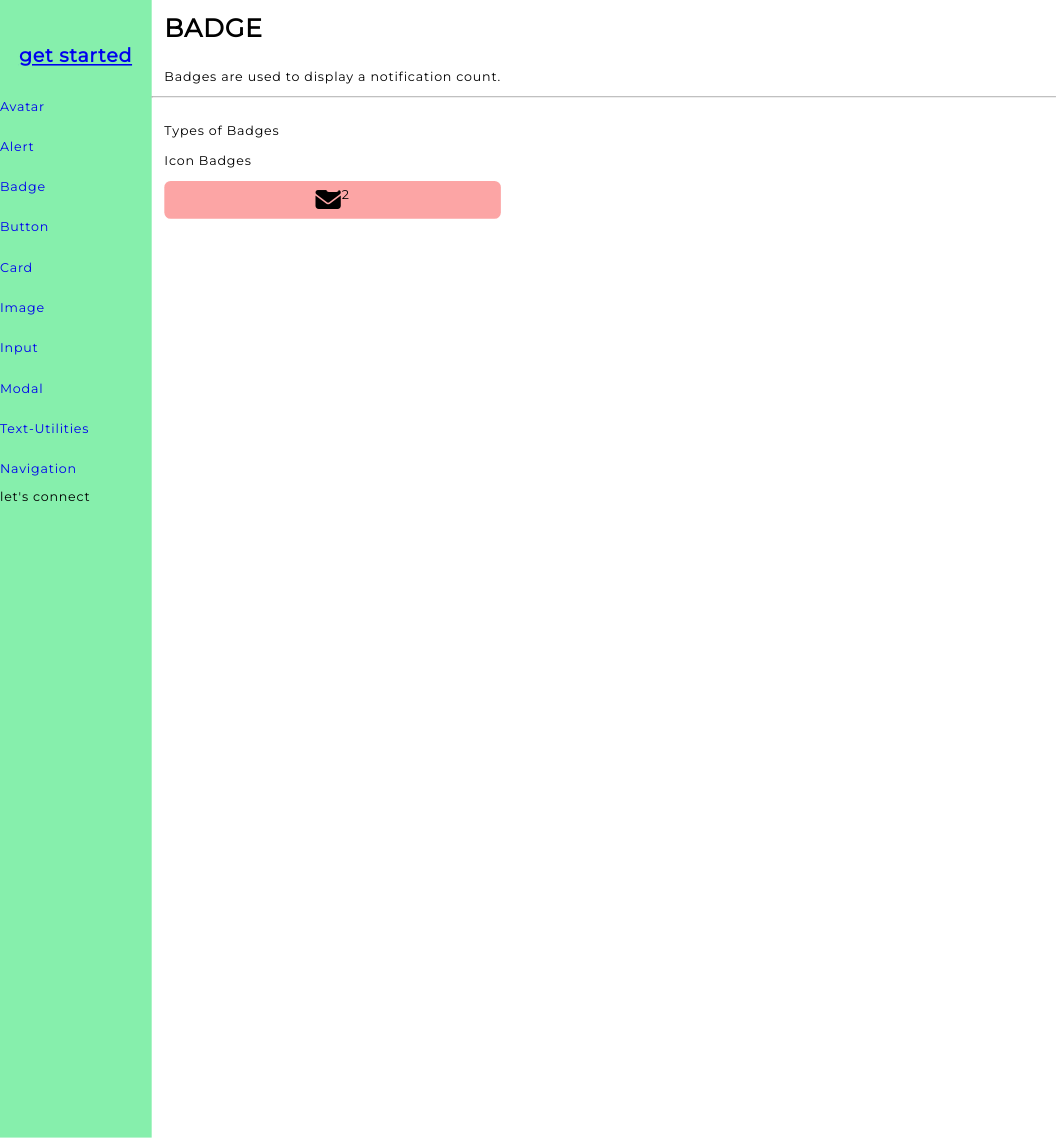
Repository: Anasooya2601/Components_UI
Page: components/Badge/Badge.html
The author's editor kept a copy of each file at every save. The page is drawn from the files as they stood at one save, then again after the next save.
The browser window is 1280 px wide. The page is 1337 px wide, so the pictures cover 1337 px, including what lies to the right of the window. The pictures show the whole page, at 79% of full size.
Some web libraries are served in a nearby version.

Above is the page before, as saved 2022-02-12 13:34:49.
Not found: components/
Not found: components/Avatar/index.css

### components/Badge/Badge.html
<!DOCTYPE html>
<html lang="en">
<head>
    <meta charset="UTF-8">
    <meta http-equiv="X-UA-Compatible" content="IE=edge">
    <meta name="viewport" content="width=device-width, initial-scale=1.0">
    <title>BADGE</title>
    <link rel="stylesheet" href="/main/main.css">
    <link rel="stylesheet" href="../comp.css">
    <link rel="stylesheet" href="https://cdnjs.cloudflare.com/ajax/libs/font-awesome/4.7.0/css/font-awesome.min.css">
    <script src="https://kit.fontawesome.com/e70e2d0aa4.js" crossorigin="anonymous"></script>
</head>
<body><!-- main -->
    <div class="main-container">
        <div class="navbar-wrapper">

            <div class="nav">
                <div class="navbar-header">
                <div class="logo">
                    <a href="/index.html"></a>
                 </div>
                </div>
            </div>

        <!-- topics -->
        <a href="/main/main.html" class="text">get started</a>
        <div class="navbar-main">
            <a href="/components/Avatar/index.html">Avatar</a>
            <a href="/components/Alert/alert.html">Alert</a>
            <a href="/components/Badge/badge.html">Badge</a>
            <a href="/components/Button/button.html">Button</a>
             <a href="/components/Card/card.html">Card</a>
             <a href="/components/Image/image.html">Image</a>
             <a href="/components/Input/input.html">Input</a>
            <a href="/components/Modal/modal">Modal</a>
            <a href="/components//TextUtilities/textutilities">Text-Utilities</a>
            <a href="/components/Navigation/navigation">Navigation</a>
        </div>
        <!-- footer -->
        <div class="footer">
            <div class="footer-text">
                <p>let's connect</p>
            </div>
        </div>
        </div>

  <!-- Badge component -->
    <div class="header">
        <div class="section-header">
            <div>
                <h1 class="text-header">BADGE</h1>
                    <p class="para">
                     Badges are used to display a notification count.
                    </p>
              <hr>

            </div>
        </div>
        <div class="section-main">

<div class="section-info">Types of Badges

<div class="badge-main">
    <br>
    <p>Icon Badges</p>
    <div class="badge-container">
        <div class="badge">

            <i class="fas fa-envelope fa-2x"></i>
            <div class="env notification"></div>
            <span>2</span>
        </div>
    </div>




            </div>
        </div>
    </div>
    <div class="code">


    </div>
</div>
</body>
</html>

### main/main.css
@import url('https://fonts.googleapis.com/css2?family=Montserrat&display=swap');
*{
    margin: 0;
    padding: 0;
    box-sizing: border-box;
}

body{
    letter-spacing: 1px;
}

/* color variable */
:root{
    font-family: 'Montserrat', sans-serif;
    font-weight: 400;
    --main:#fca5a5;
    --green:#86efac;
    --red:#f87171;
    --blue:
}

/* logo */
.logo{
    display: flex;
    justify-content: center;
}

.logo a{
    color: var(--main-color);
    font-size: 2.5rem;
    display: flex;
    align-items: flex-end;
}




.main-container{
    display: flex;
}

.text{
    font-size: 1.5rem;
    margin: 1.5rem;
    font-weight: bold;
}
/* navbar */
.navbar-wrapper{
    width: 15%;
    height: 200vh;
    font-size: 1rem;
    flex-direction: column;
    overflow-y: scroll;
display: flex;
flex-shrink: 0;
background-color: var(--green);
transition: 0.3s all ease-in;
}
.nav{
    display: flex;
    flex-direction: column;
}
.navbar-main{
    display: flex;
    flex-direction: column;
}
.navbar-main a{
  border-radius: 40px;
  padding: 1rem 0rem 1rem 0rem;
  letter-spacing: 1px;
  transition: 0.3s all ease-in-out;
  text-decoration: none;
}
.navbar-header{
    border-bottom: var(--main-color);
    padding: 1rem;
}
hr{
    width:250%;
    text-align:left;
    margin-left:0;
    }
    .code{
        display: flex;
        margin-top: 2rem;
        margin-bottom: 4rem;
        justify-content: center;
        width: 100%;
        height: auto;
    }
.section-info{
    margin-top: 1rem;
    margin-bottom: 1rem;
    padding: 1rem;
}
.para{
    padding: 1rem;
}
.text-header{
    padding: 1rem;
}

### components/comp.css
@import "./Alert/alert.css";
@import "./Avatar/index.css";
@import "./Button/button.css";
@import "../main/main.css";
@import"./Badge/Badge.css";
@import"./";
@import"./";
@import"";
@import"";

### components/Alert/Alert.css
.alert-main{
    display: flex;
    flex-wrap: wrap;
    justify-content: space-around;
    gap: 1.5rem;
    margin-top: 1rem;
    border-radius: 0.6rem;
    padding: 1rem;

}
.alert{
    display: flex;
    flex-wrap: wrap;
    justify-content: space-between;
    width: 26rem;
    align-items: center;
    border-radius: 0.2rem;
    padding: 0.5rem 1rem;
}
.alert-msg{
    display: flex;
    align-items: center;
    gap: 0.5rem;

}
.alert-danger{
    background-color: var(--main);
    color: var(--red);

}
.alert-warning{
    background-color: var(--main);

}
.alert-success{
    background-color: var(--main);

}
.alert-primary{
    background-color: var(--main);

}
.alert-close-btn{
    font-size: 1.5rem;
}

### components/Button/button.css
@import url('https://fonts.googleapis.com/css2?family=Montserrat:ital@1&family=Roboto:ital,wght@0,400;1,300&family=Space+Grotesk:wght@700&display=swap');
.main-text{
    margin: 2rem 0;
}

.btn-container{
display: flex;
flex-wrap: wrap;
margin-top: 1.5rem;
gap: 1rem;
align-items: center;


}

.btn {
border:none;
background-color: none;
outline: none;
padding: 0.5rem 1rem;
border: 5px;
border-radius: 5px;
font-size: 1.1rem;
cursor: pointer;
color: #0e9aeb;
font-family: 'Gill Sans', 'Gill Sans MT', Calibri, 'Trebuchet MS', sans-serif;
}

.primary{
    background-color:#fbbf24 ;

}
.secondary{
    background-color: #fca5a5;
}
.danger{
    background-color: #bef264;
}
.success{
    background-color: #0369a1;
}
.warning{
    background-color: #ded48f;
}

/* outlined-button */
.outlined-sub{
    margin-top: 1.5rem;
}
.outlined-btn{
border-radius: 8px;
font-size: 1.1rem;
letter-spacing: 1px;
color:#0369a1;
background-color: white;
cursor: pointer;
padding: 0.5rem;
gap: 1rem;
}
.outlined-primary{
    border: 0.5px solid #0369a1;
}
.outlined-secondary{
    border: 0.5px solid #0369a1;
}
.outlined-warning{
    border: 0.5px solid #0369a1;
}
.outlined-attention{
    border: 0.5px solid #0369a1;
}
.btn-icon{
background-color: white;
cursor: pointer;
}
/* icon-btn */


/* floating-btn */
.btn-float{
    color: white;
    background-color: #0e9aeb;
    padding: 0.6rem 1rem;
    box-shadow: #ded48f 0px 8px 16px;
}

### components/Badge/Badge.css
.badge-container{
    display: flex;
    flex-wrap: wrap;
    justify-content: space-evenly;
    gap: 1.5rem;
    background-color: var(--main);
    border-radius: 0.5rem;
    margin-top: 1rem;
}
.badge{
    display: flex;
    flex-wrap: wrap;
    justify-content: center;
    padding: 0.5rem 1rem 0.5rem 1rem;
    border-radius: 0.5rem;
    position: relative;
    cursor: pointer;
}
.notification{
    background-color: var(--main);
    padding: 0.2rem 0.5rem;
    color: #fff;
    border-radius: 2.5rem;
    position: absolute;
}

After the next save:
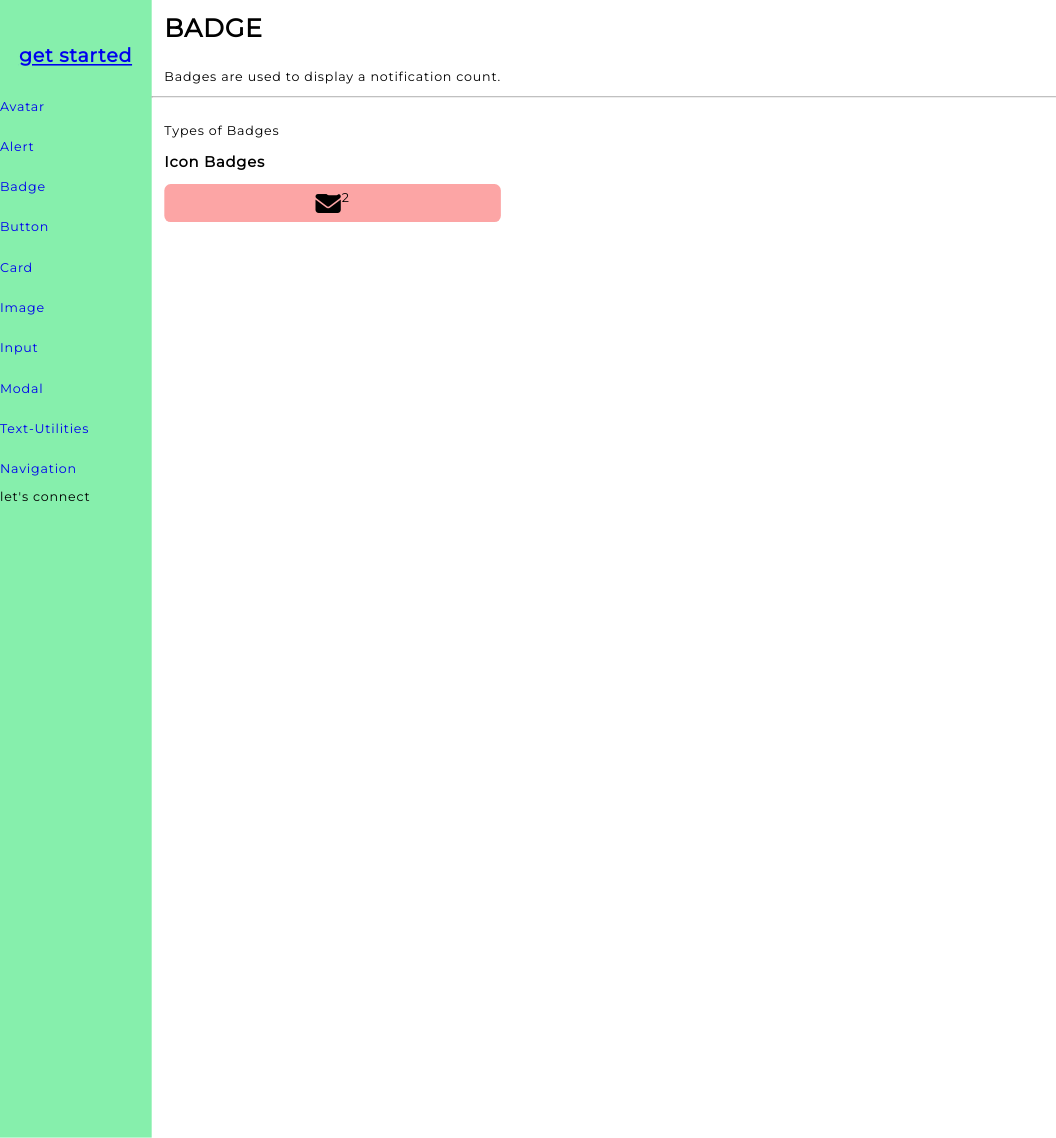
Saved 16 s later.
--- a/components/Badge/Badge.html
+++ b/components/Badge/Badge.html
@@ -62,7 +62,7 @@
 
 <div class="badge-main">
     <br>
-    <p>Icon Badges</p>
+    <h3>Icon Badges</h3>
     <div class="badge-container">
         <div class="badge">
 
